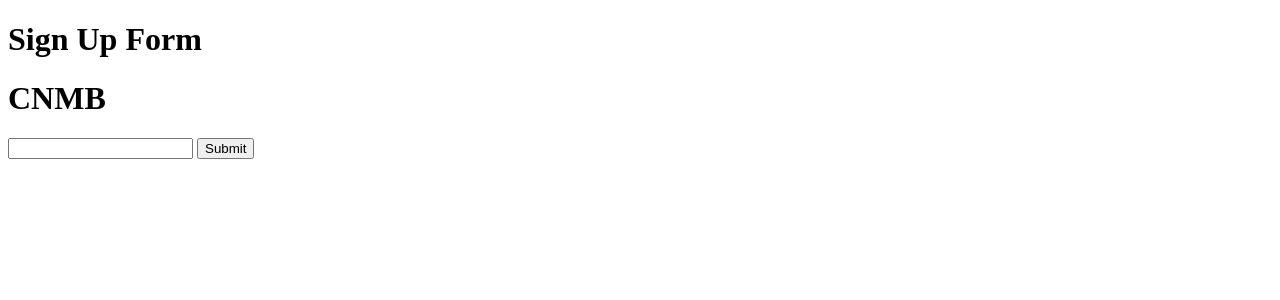
Repository: FWBMKII/csc207
Page: cnmb/cnmb.html
An editor plug-in stored every save of this project. The page is shown before and after the next save, followed by the edit.
The browser window is 1280 px wide. The pictures show the whole page.

Above is the page before, as saved 2015-04-27 19:22:17.

After the next save:
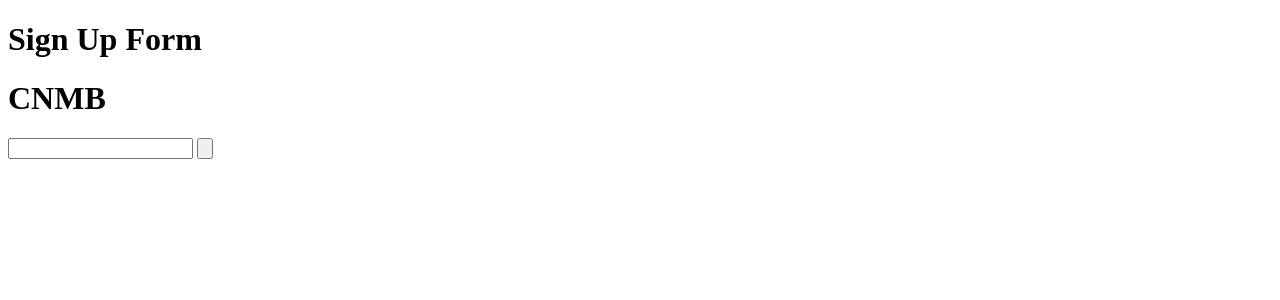
Saved 9 s later.
--- a/cnmb/cnmb.html
+++ b/cnmb/cnmb.html
@@ -9,7 +9,7 @@
 	<form action="cnmb.php">
 		<h1>CNMB</h1>
 		<input type="text" name="name"/>
-		<input type="submit"/>
+		<input type="submit" value=""/>
 	</form>
 </body>
 </html>
